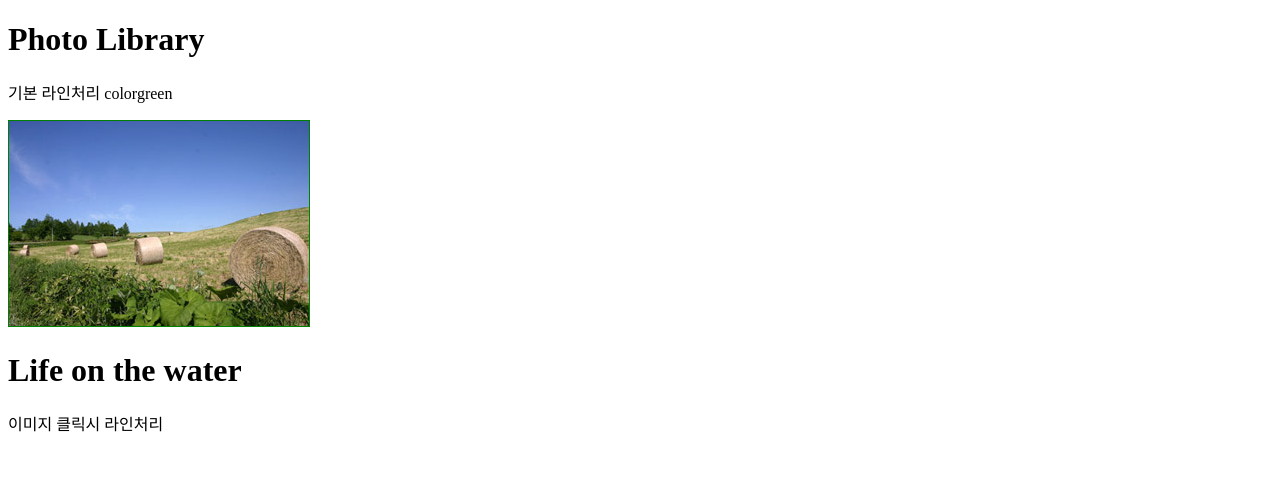
Repository: suhong99/JqueryLecture
Page: JqueryPractice/src/main/webapp/question1.html
The author's editor kept a copy of each file at every save. The page is drawn from the files as they stood at one save, then again after the next save.
The browser window is 1280 px wide. The pictures show the whole page.

Above is the page before, as saved 2023-06-26 05:27:14.

After the next save:
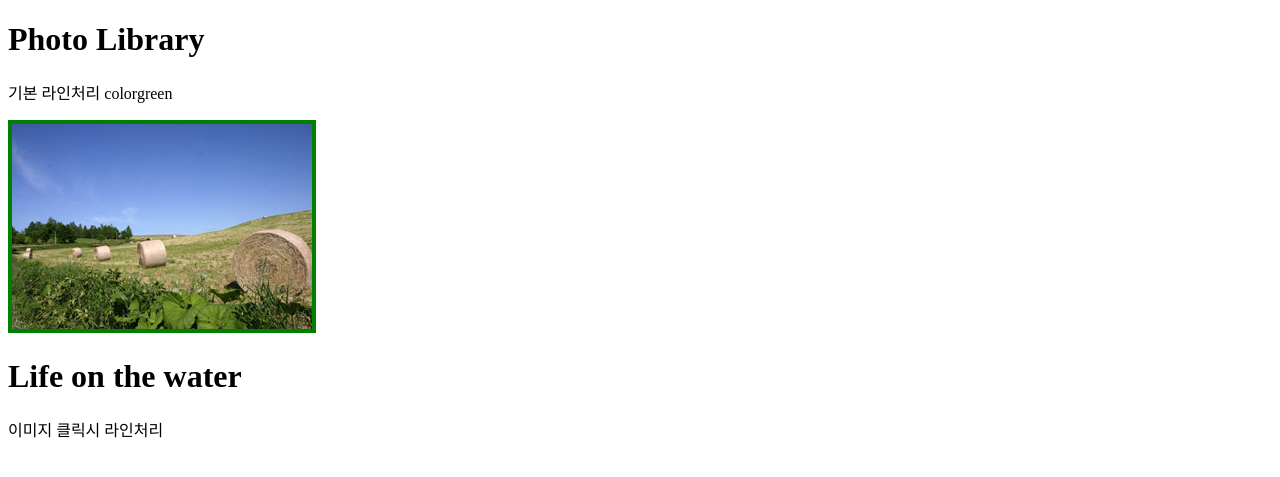
Saved 6 s later.
--- a/JqueryPractice/src/main/webapp/question1.html
+++ b/JqueryPractice/src/main/webapp/question1.html
@@ -8,7 +8,7 @@
 <div style="margin: 0 auto">
 <h1>Photo Library</h1>
 <p>기본 라인처리 colorgreen</p>
-<img src="./images/p01.jpg" style="border:1px solid green">
+<img src="./images/p01.jpg" style="border:4px solid green">
 <h1>Life on the water</h1>
 <p>이미지 클릭시 라인처리</p>
 
